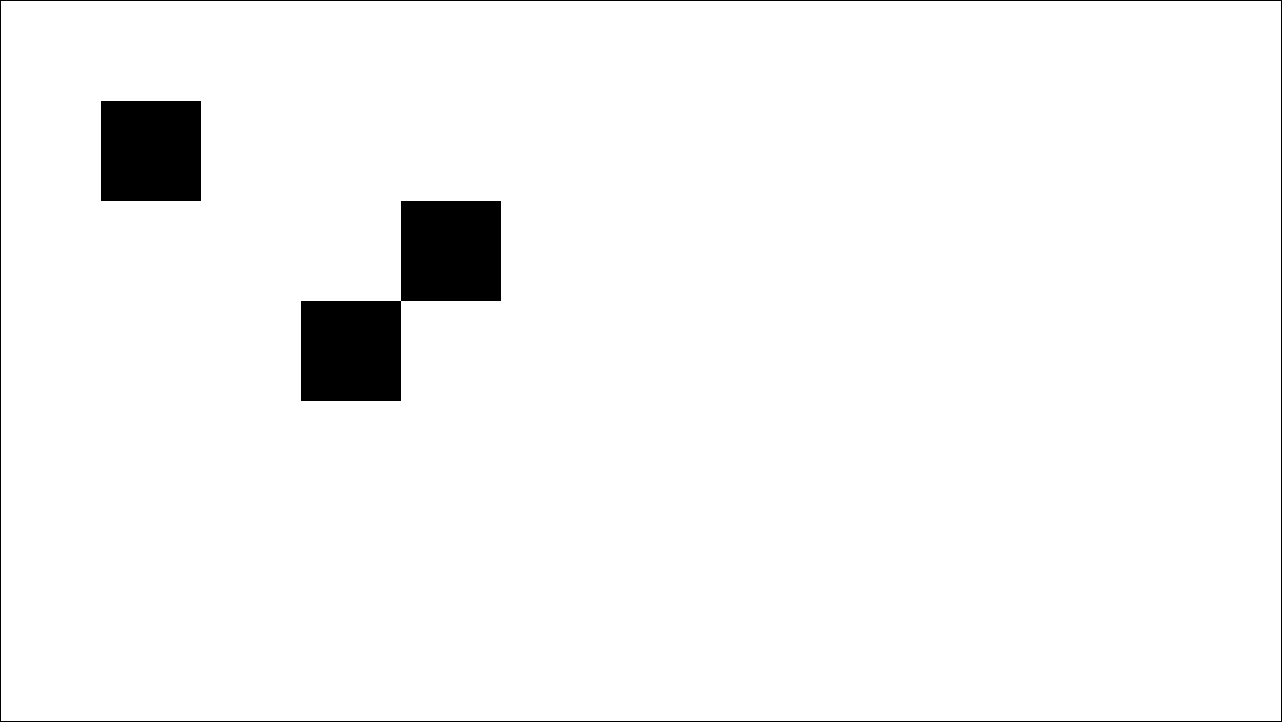
Repository: badhon252/Javascript-practice
Page: 1projects/JavaScript30/08 - Fun with HTML5 Canvas/index-START.html
These files come from the project's save history. The page is drawn as it stood at one moment and after the next save; the edit follows.
The browser window is 1280 px wide. The page is 1282 px wide, so the pictures cover 1282 px, including what lies to the right of the window. The pictures show the whole page.

Above is the page before, as saved 2022-12-02 23:32:55.

After the next save:
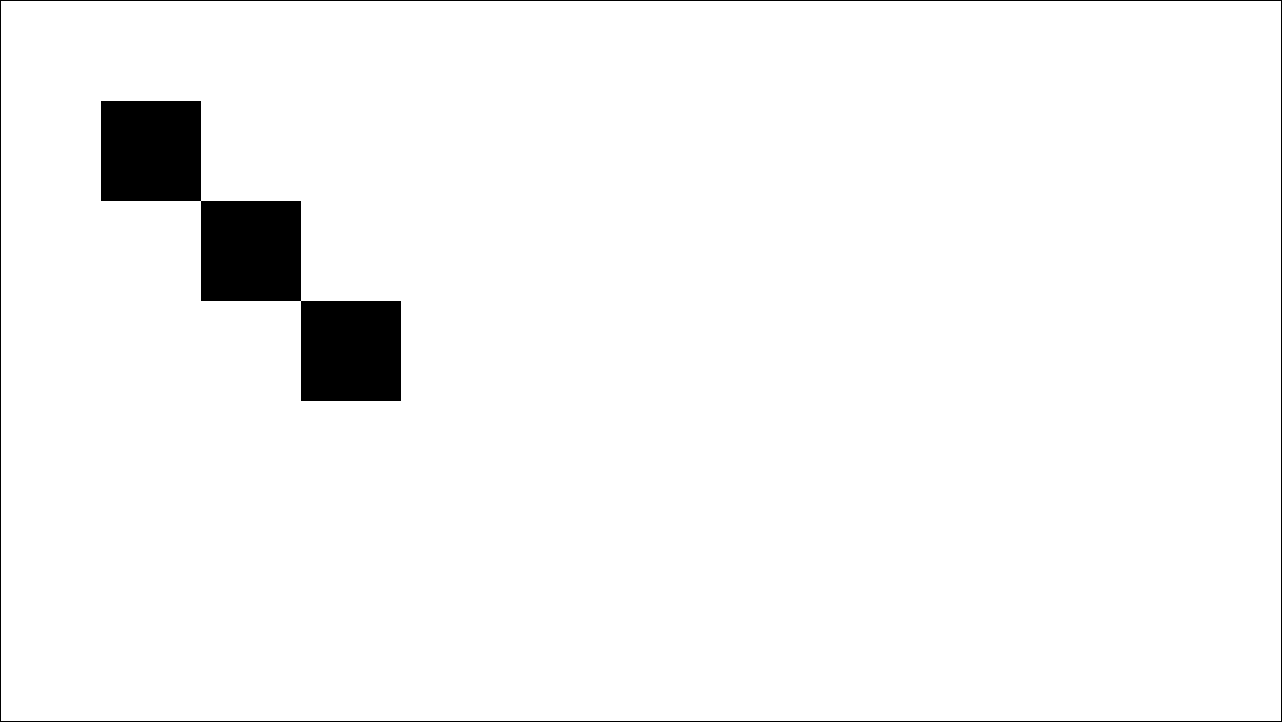
Saved 6 s later.
--- a/1projects/JavaScript30/08 - Fun with HTML5 Canvas/index-START.html
+++ b/1projects/JavaScript30/08 - Fun with HTML5 Canvas/index-START.html
@@ -33,7 +33,7 @@
 
         // ctx.fillRect(x, y, width, height)
         ctx.fillRect(100, 100, 100, 100);
-        ctx.fillRect(400, 200, 100, 100);
+        ctx.fillRect(200, 200, 100, 100);
         ctx.fillRect(300, 300, 100, 100);
     </script>
 </body>
